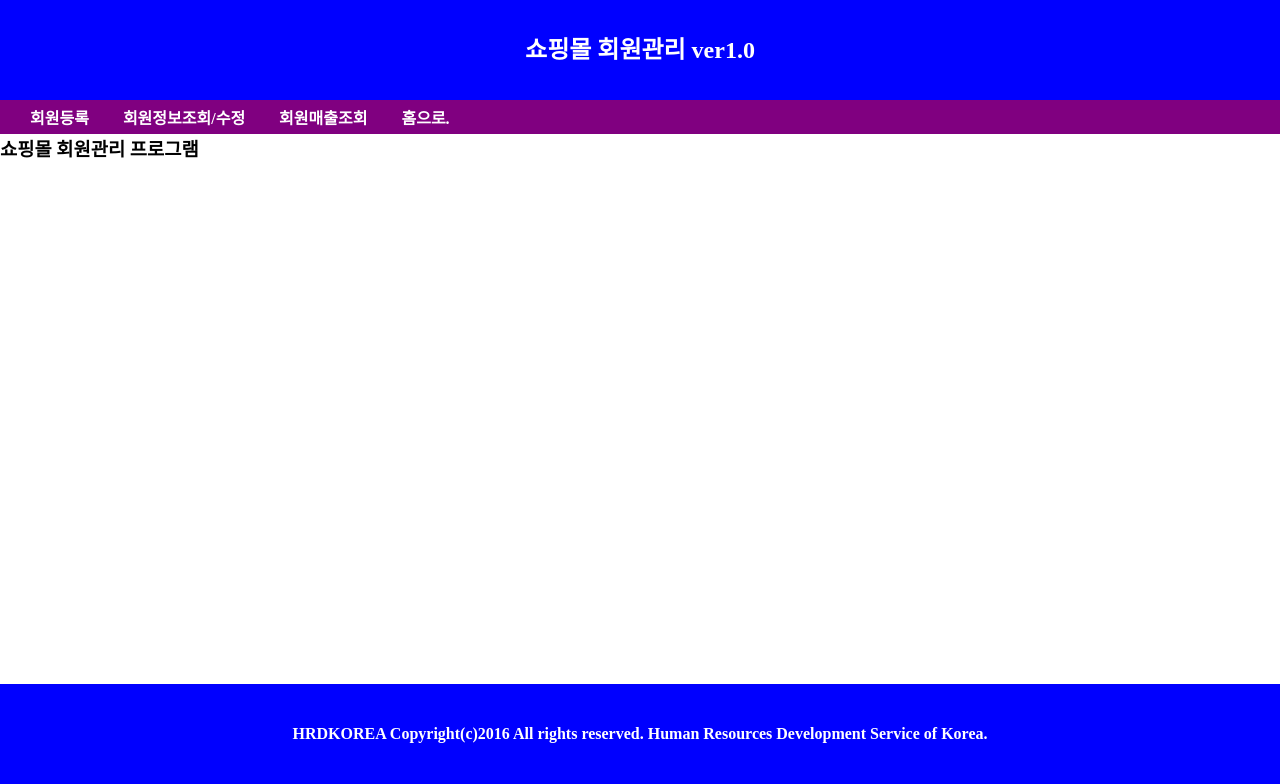
Repository: brightjy/Today-what-I-practiced
Page: http://localhost/HRD_7/
An editor plug-in stored every save of this project. The page is shown before and after the next save, followed by the edit.
The browser window is 1280 px wide. The pictures show the whole page.
The page is served by Tomcat 9.

Above is the page before, as saved 2020-05-18 11:35:39.

After the next save:
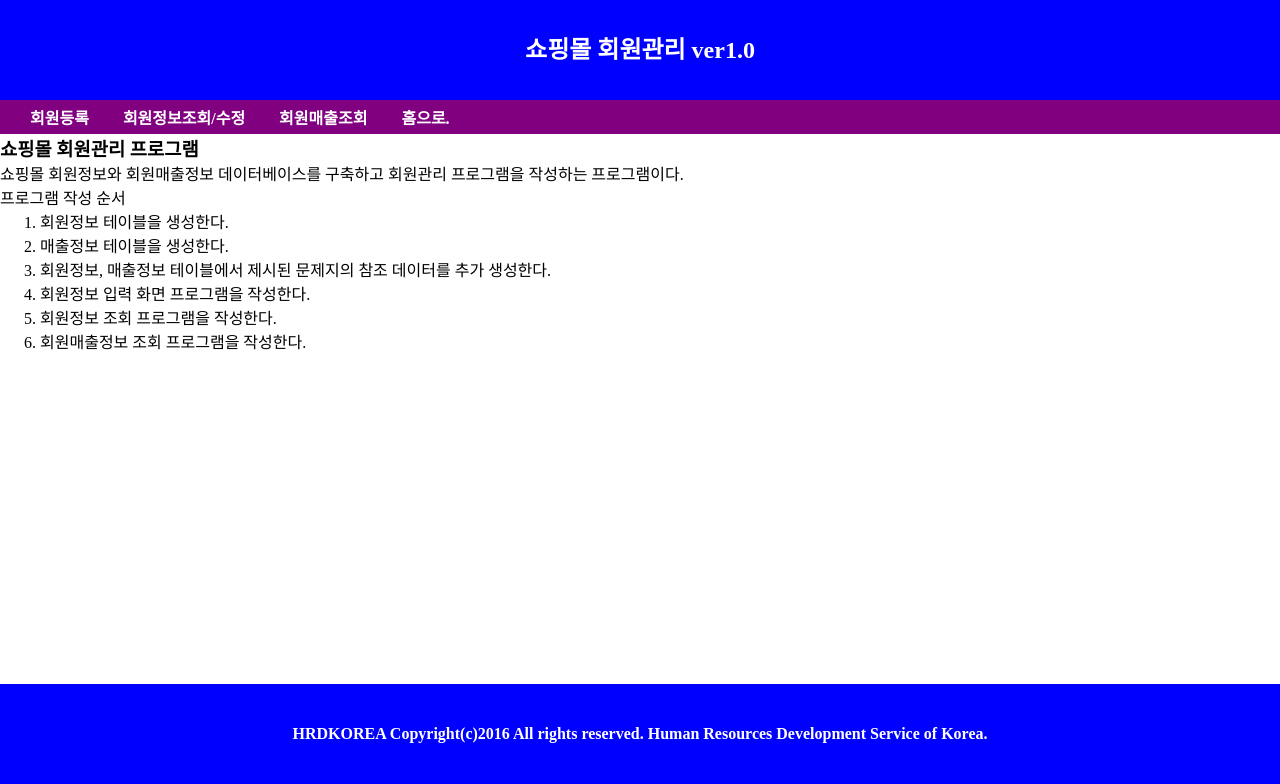
Saved 2 min 28 s later.
--- a/hrdkorea_0518/HRD_7/WebContent/view/main.jsp
+++ b/hrdkorea_0518/HRD_7/WebContent/view/main.jsp
@@ -10,6 +10,16 @@
 <jsp:include page="header.jsp"></jsp:include>
 <section>
 <h3>쇼핑몰 회원관리 프로그램</h3>
+<p>쇼핑몰 회원정보와 회원매출정보 데이터베이스를 구축하고 회원관리 프로그램을 작성하는 프로그램이다.</p>
+<p>프로그램 작성 순서</p>
+<ol>
+	<li>회원정보 테이블을 생성한다.</li>
+	<li>매출정보 테이블을 생성한다.</li>
+	<li>회원정보, 매출정보 테이블에서 제시된 문제지의 참조 데이터를 추가 생성한다.</li>
+	<li>회원정보 입력 화면 프로그램을 작성한다.</li>
+	<li>회원정보 조회 프로그램을 작성한다.</li>
+	<li>회원매출정보 조회 프로그램을 작성한다.</li>
+</ol>
 </section>
 <jsp:include page="footer.jsp"></jsp:include>
 </body>
